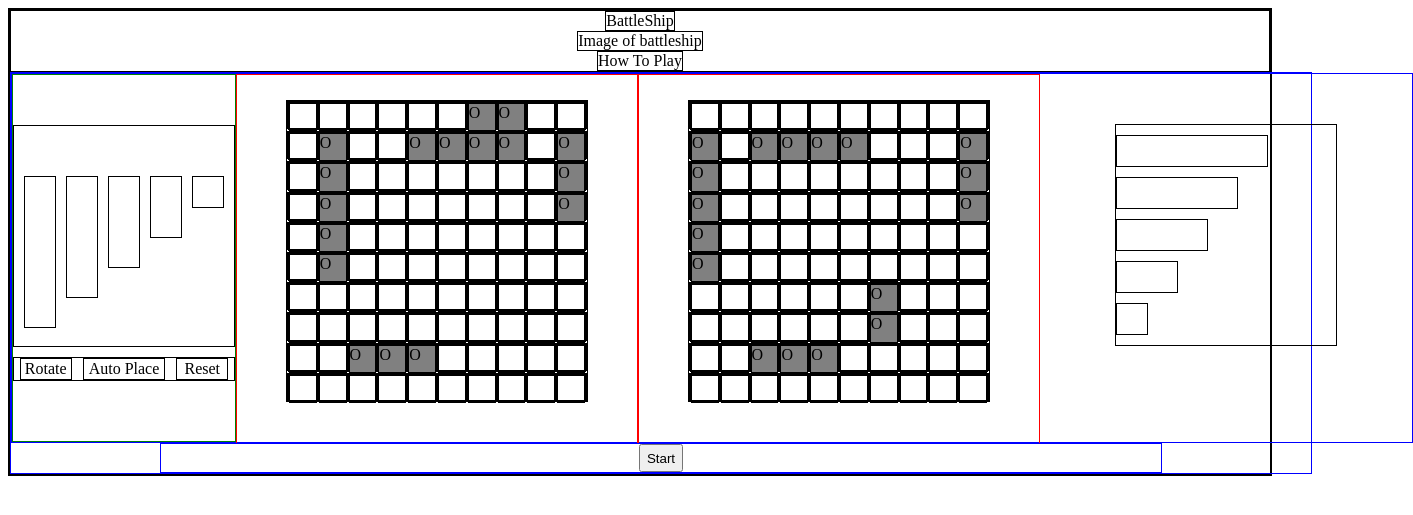
Repository: J-Haze/BattleshipApp
Page: /
These files come from the project's save history. The page is drawn as it stood at one moment and after the next save; the edit follows.
The browser window is 1280 px wide. The page is 1413 px wide, then 1313 px, so the pictures cover 1413 px, including what lies to the right of the window. The pictures show the whole page.
The project was rebuilt for these pictures with package versions that can differ from the ones it lists, and the page was loaded fresh each time. Also part of the build but not shown: src/index.css.

Above is the page before, as saved 2020-09-23 21:19:51.

After the next save:
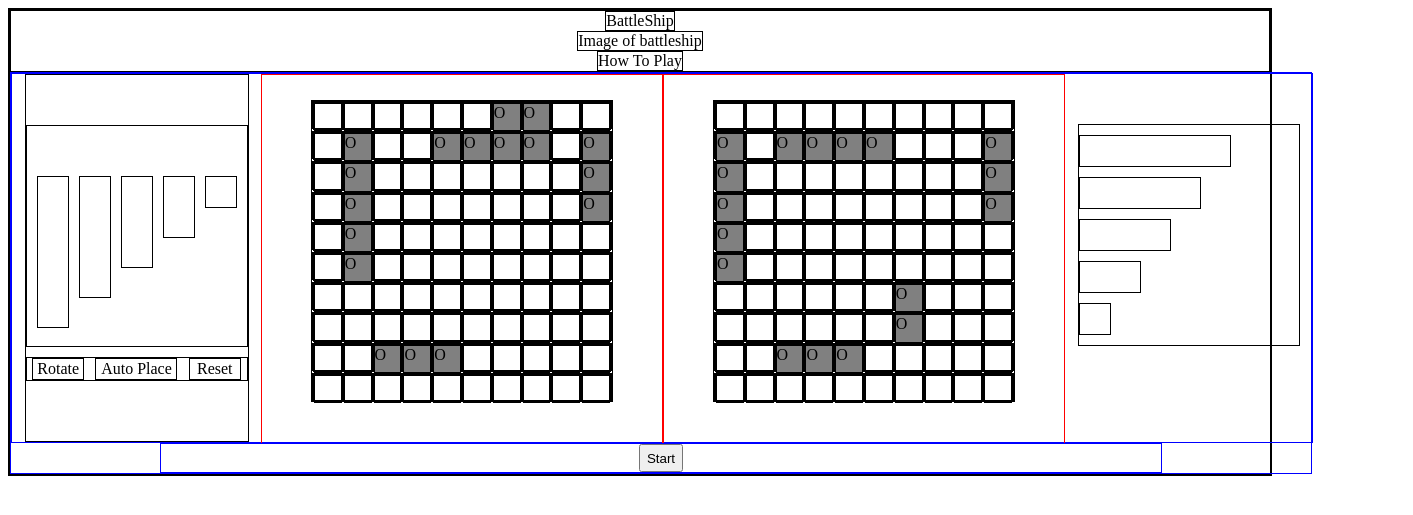
Saved 5 min 10 s later.
--- a/src/App.css
+++ b/src/App.css
@@ -98,7 +98,7 @@ div {
 
 #top-row{
     display: flex;
-    width: 1400px;
+    width: 1300px;
     height: 400px;
     border: 1px solid blue;
     margin-left: auto;
@@ -192,7 +192,8 @@ div {
 }
 
 #setup{
-    border: 1px solid green;
+    margin-left: auto;
+    margin-right: auto;
 }
 
 #setup-buttons{
